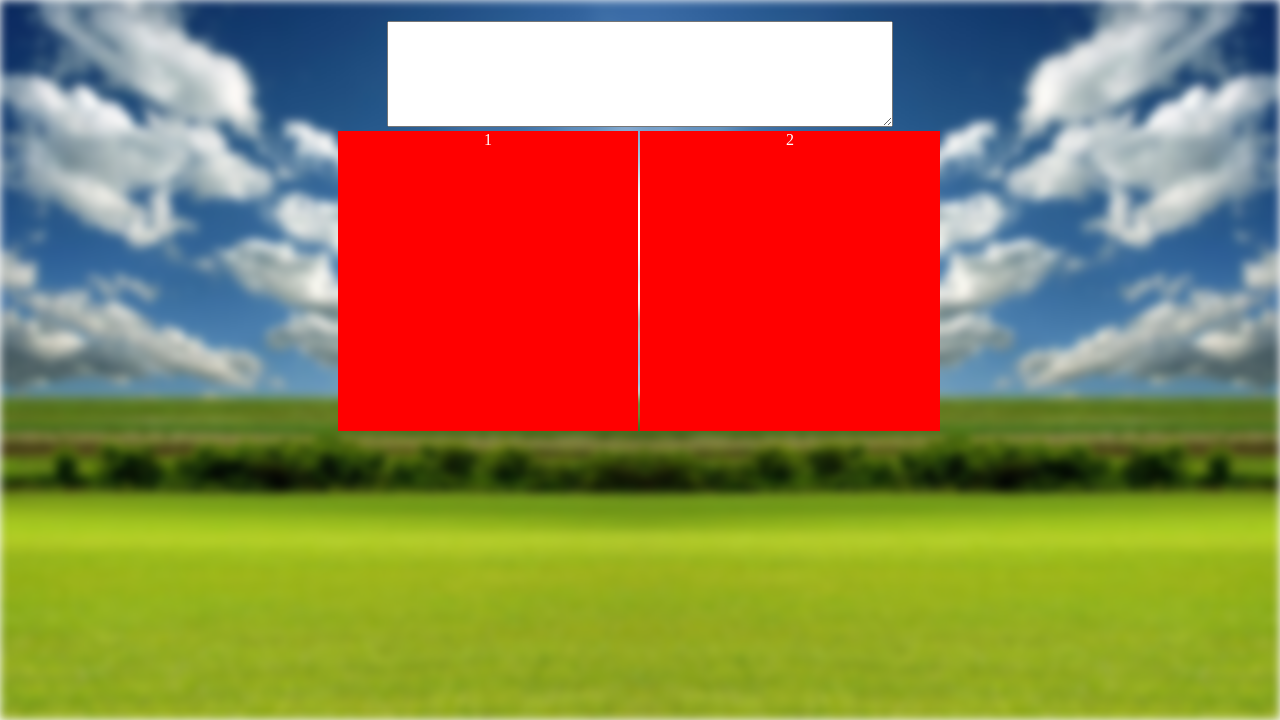
Repository: RyoTTa/4-1-Web-Programming
Page: SoloProject/Project/WebContent/index.html
An editor plug-in stored every save of this project. The page is shown before and after the next save, followed by the edit.
The browser window is 1280 px wide. The pictures show the whole page.
The page's requests for data from a server got no answer.

Above is the page before, as saved 2020-05-05 14:52:35.

After the next save:
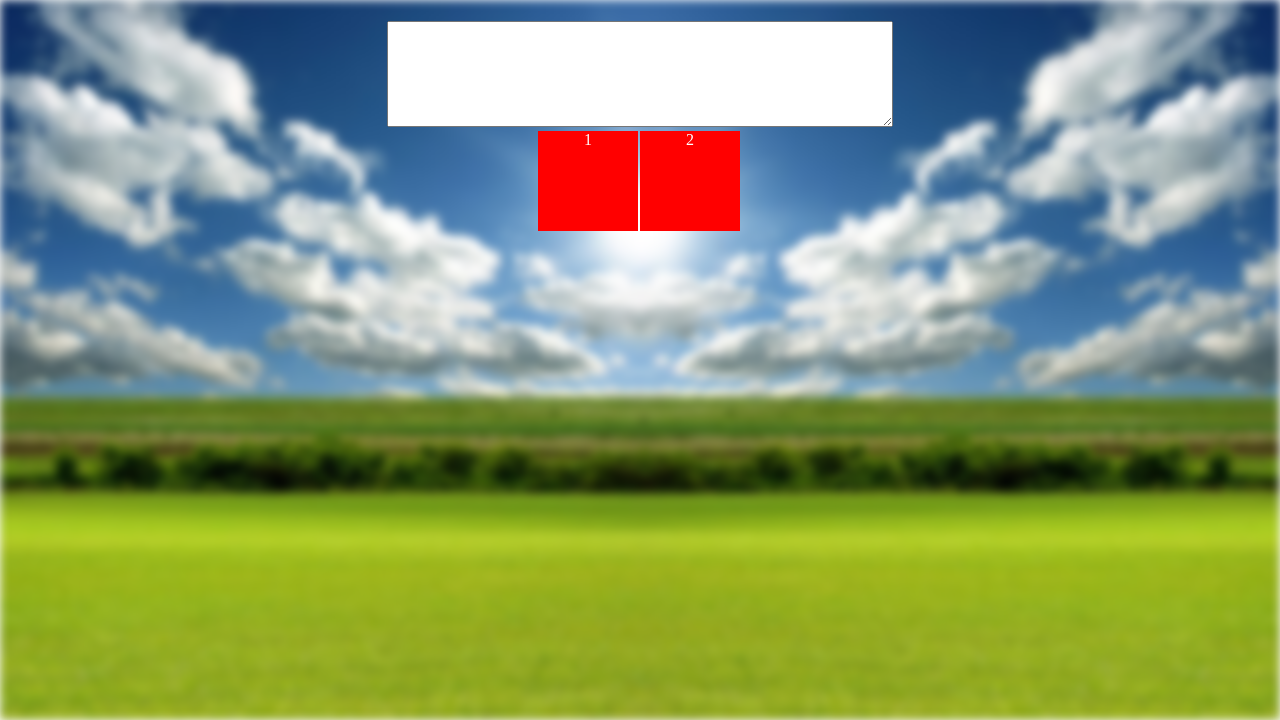
Saved 11 s later.
--- a/SoloProject/Project/WebContent/background.css
+++ b/SoloProject/Project/WebContent/background.css
@@ -30,8 +30,8 @@ body::before {
 	color : #fff;
 }
 .box_1, .box_2{
-	width : 300px;
-	height : 300px;
+	width : 100px;
+	height : 100px;
 	background: #f00;
 	color: #fff;
 	text-align:center;
